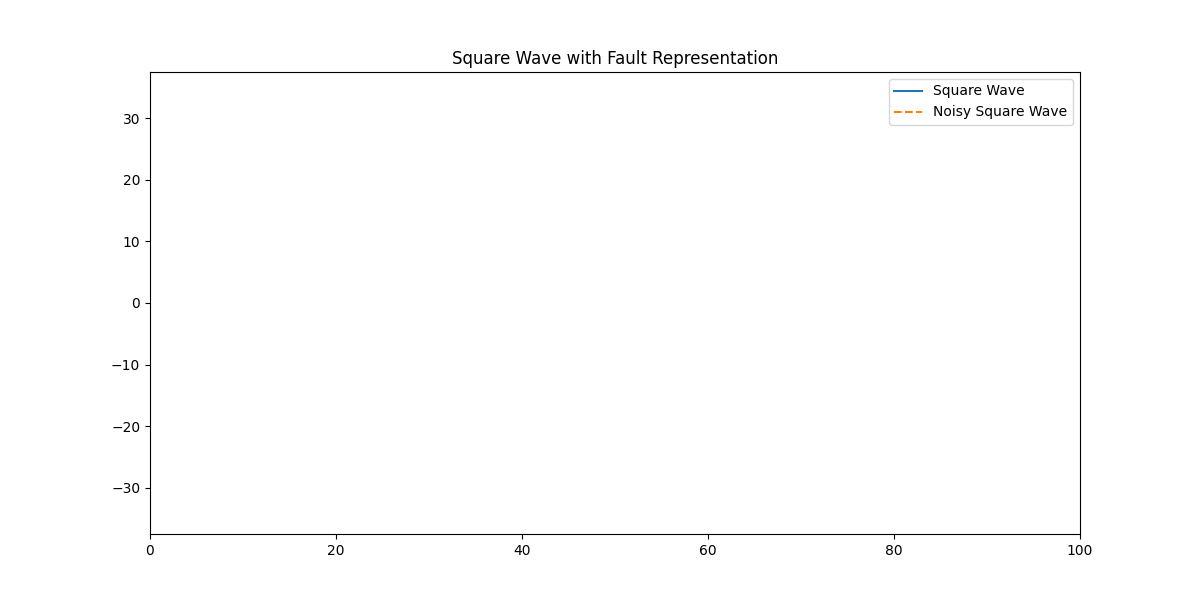
Repository: khulqu15/drone_smc_copppelia
Script's output: python py/realtime.py
The author's editor kept a copy of each file at every save. The script's output is drawn from the files as they stood at one save, then again after the next save.
Animations are shown at an early frame. Random numbers start from a fixed seed.

Above is the script's output before, as saved 2024-06-24 01:22:13.

### py/realtime.py
import numpy as np
import matplotlib.pyplot as plt
from matplotlib import animation

# Parameter dasar
dt = 0.01
tfinal = 100
amplitude = 25  # Amplitude dari square wave
frequency = 0.05  # Frekuensi dari square wave (dalam Hz)
error_threshold = 0.01  # Threshold error 10%

n = int(tfinal / dt)
xtraj = np.zeros(n + 1, float)
xtraj_noisy = np.zeros(n + 1, float)
trange = np.linspace(start=0, stop=tfinal, num=n + 1)

# Menghasilkan square wave dan square wave dengan error
for i in range(n):
    xtraj[i + 1] = amplitude * np.sign(np.sin(2 * np.pi * frequency * trange[i + 1]))
    error = np.random.uniform(-0.5, 0.5) * amplitude * 0.5  # Error acak 25% dari amplitude
    xtraj_noisy[i + 1] = xtraj[i + 1] + error

# Fungsi untuk mengupdate plot secara real-time
fig, ax = plt.subplots(1, 1, figsize=(12, 6))

def animate(i):
    ax.cla()  # clear the previous image
    ax.plot(trange[:i], xtraj[:i], label='Square Wave')  # plot the original square wave
    ax.plot(trange[:i], xtraj_noisy[:i], label='Noisy Square Wave', linestyle='--')  # plot the noisy square wave

    # Menambahkan teks ketika error melebihi 10%
    for j in range(1, i):
        error_value = abs(xtraj_noisy[j] - xtraj[j]) / amplitude
        # if error_value > error_threshold:
            # ax.text(trange[j], xtraj_noisy[j], f'Error: {error_value*100:.1f}%', color='red')

    ax.set_xlim([0, tfinal])  # fix the x axis
    ax.set_ylim([-1.5 * amplitude, 1.5 * amplitude])  # fix the y axis
    ax.legend(loc='upper right')
    ax.set_title('Square Wave with Fault Representation')

anim = animation.FuncAnimation(fig, animate, frames=len(trange), interval=1, blit=False)
plt.show()

After the next save:
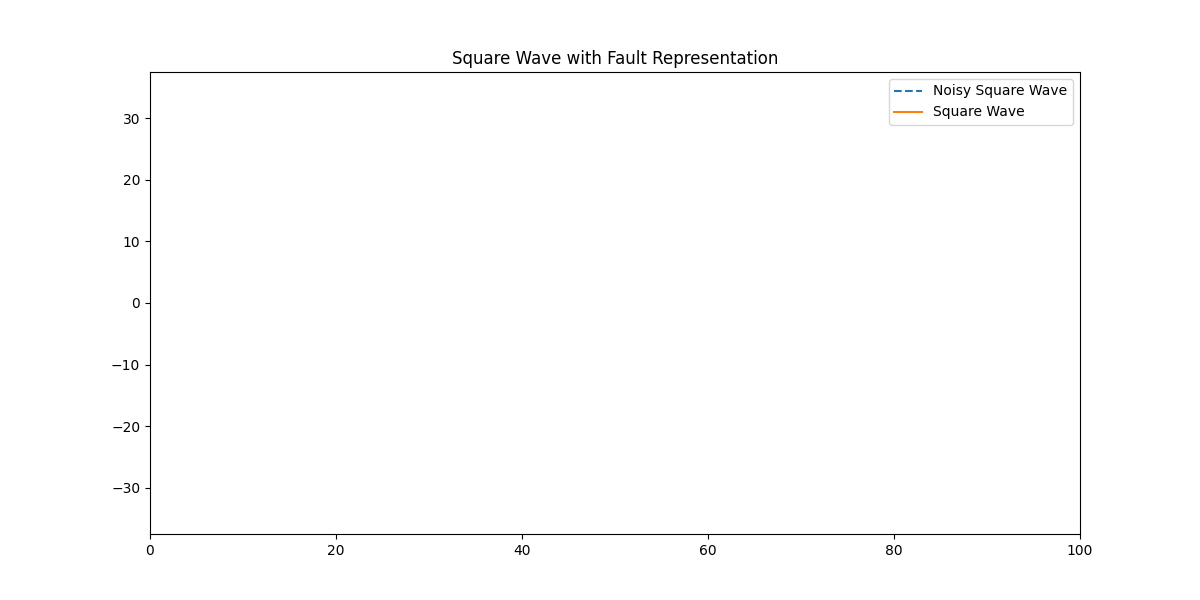
Saved 19 s later.
--- a/py/realtime.py
+++ b/py/realtime.py
@@ -25,8 +25,8 @@ fig, ax = plt.subplots(1, 1, figsize=(12, 6))
 
 def animate(i):
     ax.cla()  # clear the previous image
+    ax.plot(trange[:i], xtraj_noisy[:i], label='Noisy Square Wave', linestyle='--')  # plot the noisy square wave
     ax.plot(trange[:i], xtraj[:i], label='Square Wave')  # plot the original square wave
-    ax.plot(trange[:i], xtraj_noisy[:i], label='Noisy Square Wave', linestyle='--')  # plot the noisy square wave
 
     # Menambahkan teks ketika error melebihi 10%
     for j in range(1, i):
